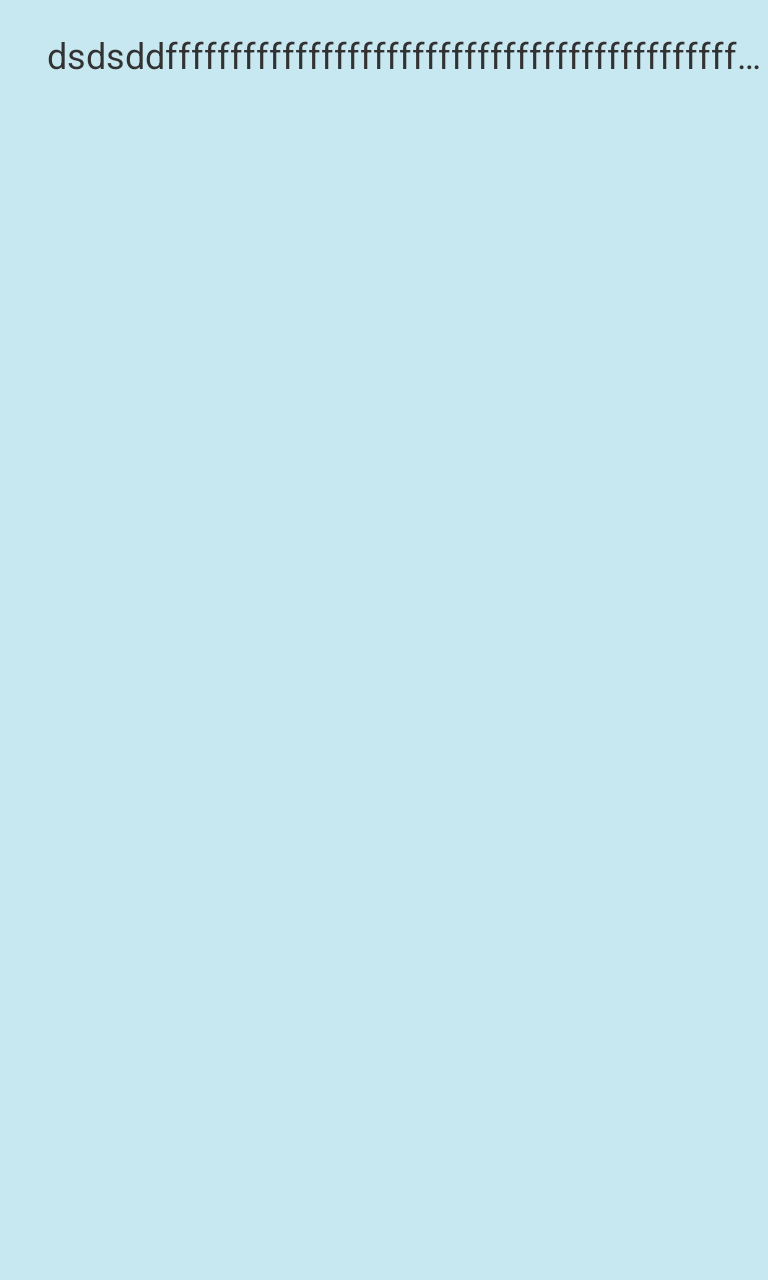
Repository: AdityaKiet/android-work2
Layout: UPTUQuestionBank/res/layout/question_single_row.xml
These files come from the project's save history. The layout is drawn as it stood at one moment and after a run of saves; the edit follows.
It is drawn on a 768 x 1280 px phone screen (xhdpi) without system bars, with theme AppTheme; the app's code is not run.

Above is the layout before, as saved 2015-04-25 13:44:56.

### UPTUQuestionBank/res/layout/question_single_row.xml
<?xml version="1.0" encoding="utf-8"?>
<LinearLayout xmlns:android="http://schemas.android.com/apk/res/android"
    android:layout_width="fill_parent"
    android:layout_height="50dp"
    android:layout_margin="5dp"
    android:background="#C7E8F1"
    android:orientation="vertical" >

    <TextView
        android:id="@+id/txtNotesTitle"
        android:layout_width="wrap_content"
        android:layout_height="35dp"
        android:layout_marginBottom="5dp"
        android:layout_marginLeft="20dp"
        android:layout_marginTop="10dp"
        android:ellipsize="end"
        android:gravity="center"
        android:singleLine="true"
        android:text="dsdsddffffffffffffffffffffffffffffffffffffffffffffsd"
        android:textSize="18sp"
        android:textStyle="normal" />

</LinearLayout>

Loaded but not shown: UPTUQuestionBank/res/values/styles.xml (common file); UPTUQuestionBank/res/values-v11/styles.xml (common file); UPTUQuestionBank/res/values-v14/styles.xml (common file)

After the next 2 saves:
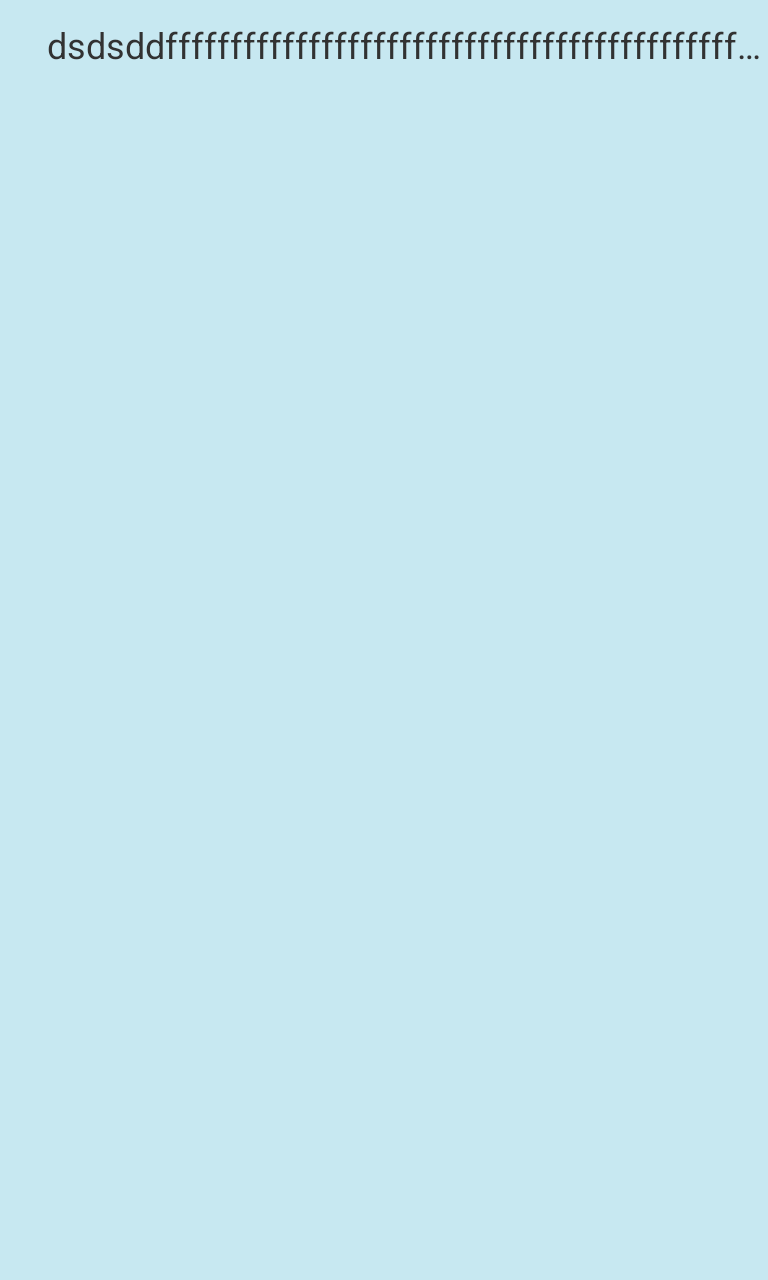
The 2 saves are shown as one change because they came seconds apart.
The last was saved 10 s later.
--- a/UPTUQuestionBank/res/layout/question_single_row.xml
+++ b/UPTUQuestionBank/res/layout/question_single_row.xml
@@ -1,7 +1,7 @@
 <?xml version="1.0" encoding="utf-8"?>
 <LinearLayout xmlns:android="http://schemas.android.com/apk/res/android"
     android:layout_width="fill_parent"
-    android:layout_height="50dp"
+    android:layout_height="wrap_content"
     android:layout_margin="5dp"
     android:background="#C7E8F1"
     android:orientation="vertical" >
@@ -9,7 +9,7 @@
     <TextView
         android:id="@+id/txtNotesTitle"
         android:layout_width="wrap_content"
-        android:layout_height="35dp"
+        android:layout_height="wrap_content"
         android:layout_marginBottom="5dp"
         android:layout_marginLeft="20dp"
         android:layout_marginTop="10dp"
